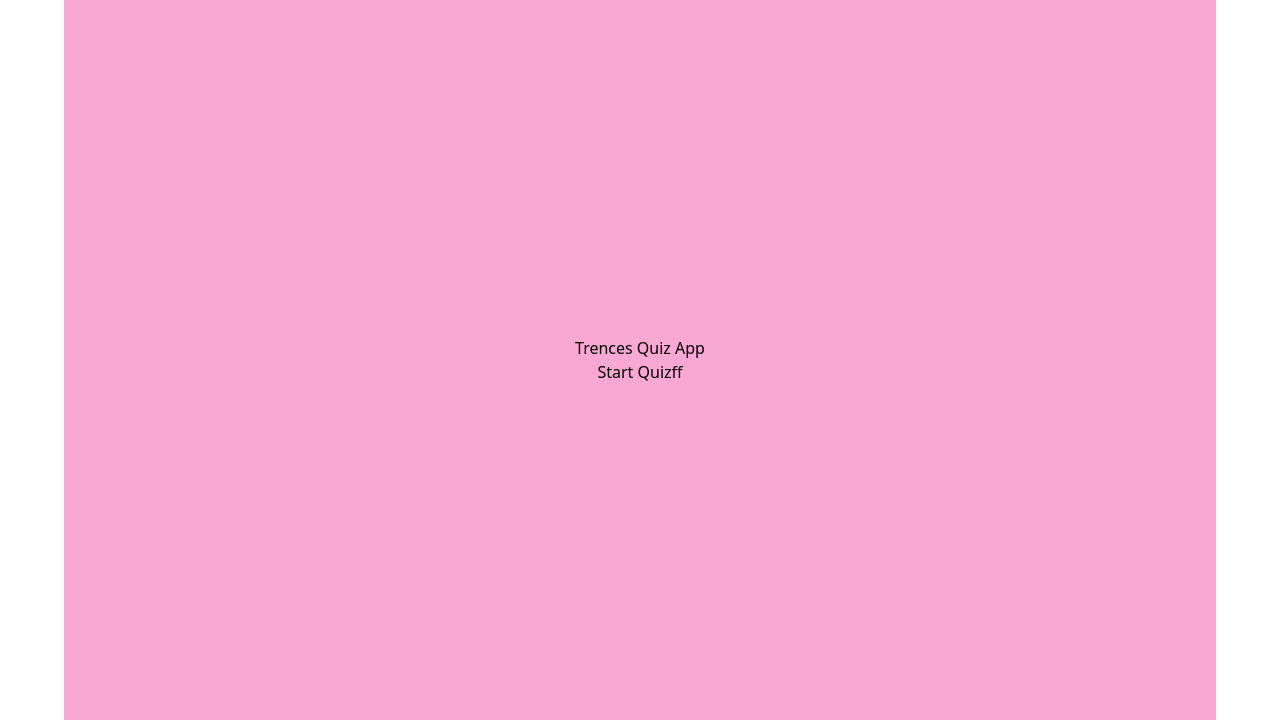
Repository: Semanmernstack/Quiz-react-app
Page: /
These files come from the project's save history. The page is drawn as it stood at one moment and after the next save; the edit follows.
The browser window is 1280 px wide. The pictures show the whole page.
The project was rebuilt for these pictures with package versions that can differ from the ones it lists, and the page was loaded fresh each time. Also part of the build but not shown: src/components/Quiz.js, src/components/End.js.

Above is the page before, as saved 2023-01-29 06:55:34.

### src/index.css
body {
  margin: 0;
}
@tailwind base;
@tailwind components;
@tailwind utilities;

### src/App.js
import { useState } from "react";
import Menu from "./components/Menu";
import Quiz from "./components/Quiz";
import End from "./components/End"
import { QuizContext } from "./Game/Context";
function App() {
  const [game, setGame] = useState("menu")
  return (
    <div className="text-center items-center justify-center flex  flex-col  max-w-6xl mx-auto h-screen  bg-pink-300 first-letter:">
      <p className="">Trences Quiz App</p>
      <QuizContext.Provider value={{game, setGame}}>
        {game === "menu" && <Menu/>}
        {game === "quiz" && <Quiz/>}
        {game === "End" && <End/>}

      </QuizContext.Provider>

    </div>
  );
}

export default App;

### src/components/Menu.js
import React, { useContext } from 'react'
import { QuizContext } from '../Game/Context'

function Menu() {
    const {game, setGame} = useContext(QuizContext)
  return (
    <div className="flex">
        <button onClick={() => {setGame("quiz")}} >Start Quiz</button>
        <p>ff</p>
    </div>
  )
}

export default Menu

### src/Game/Context.js
import { createContext } from "react";

export const QuizContext = createContext()

Loaded but not shown: public/index.html (common file); src/index.js (common file); src/reportWebVitals.js (common file); tailwind.config.js (common file)

After the next save:
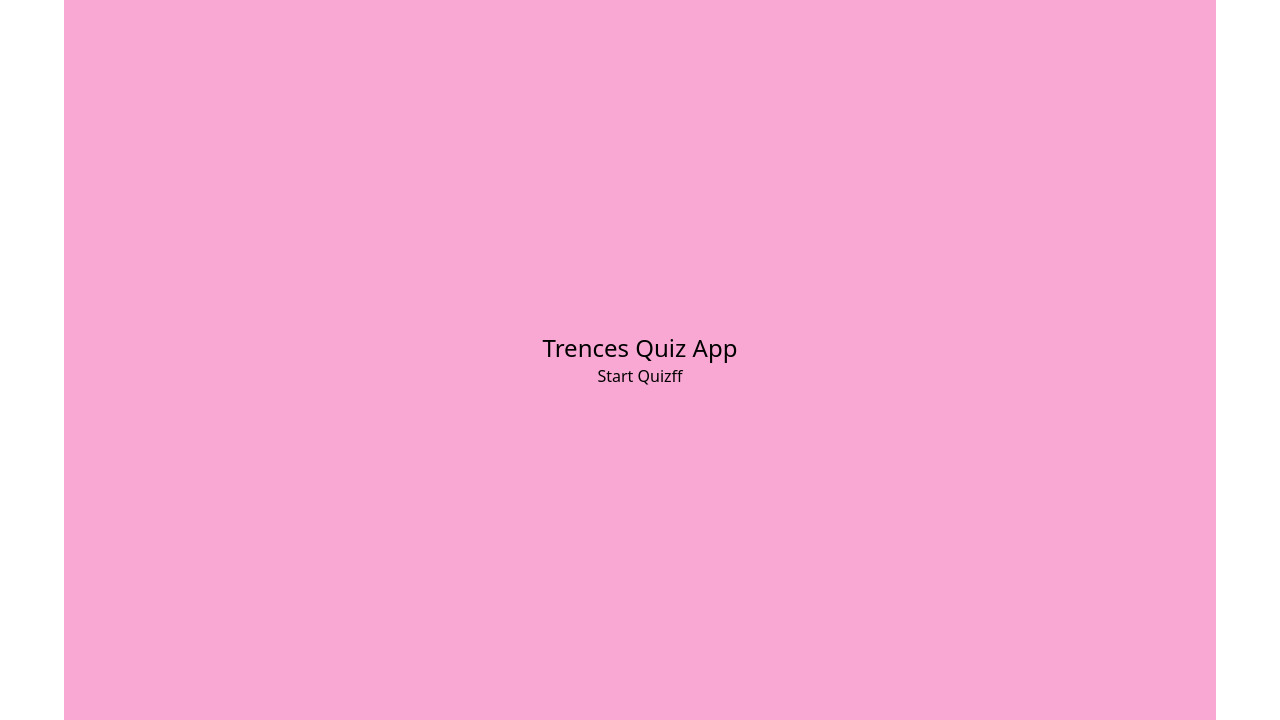
Saved 42 s later.
--- a/src/App.js
+++ b/src/App.js
@@ -7,7 +7,7 @@ function App() {
   const [game, setGame] = useState("menu")
   return (
     <div className="text-center items-center justify-center flex  flex-col  max-w-6xl mx-auto h-screen  bg-pink-300 first-letter:">
-      <p className="">Trences Quiz App</p>
+      <p className="text-2xl">Trences Quiz App</p>
       <QuizContext.Provider value={{game, setGame}}>
         {game === "menu" && <Menu/>}
         {game === "quiz" && <Quiz/>}
